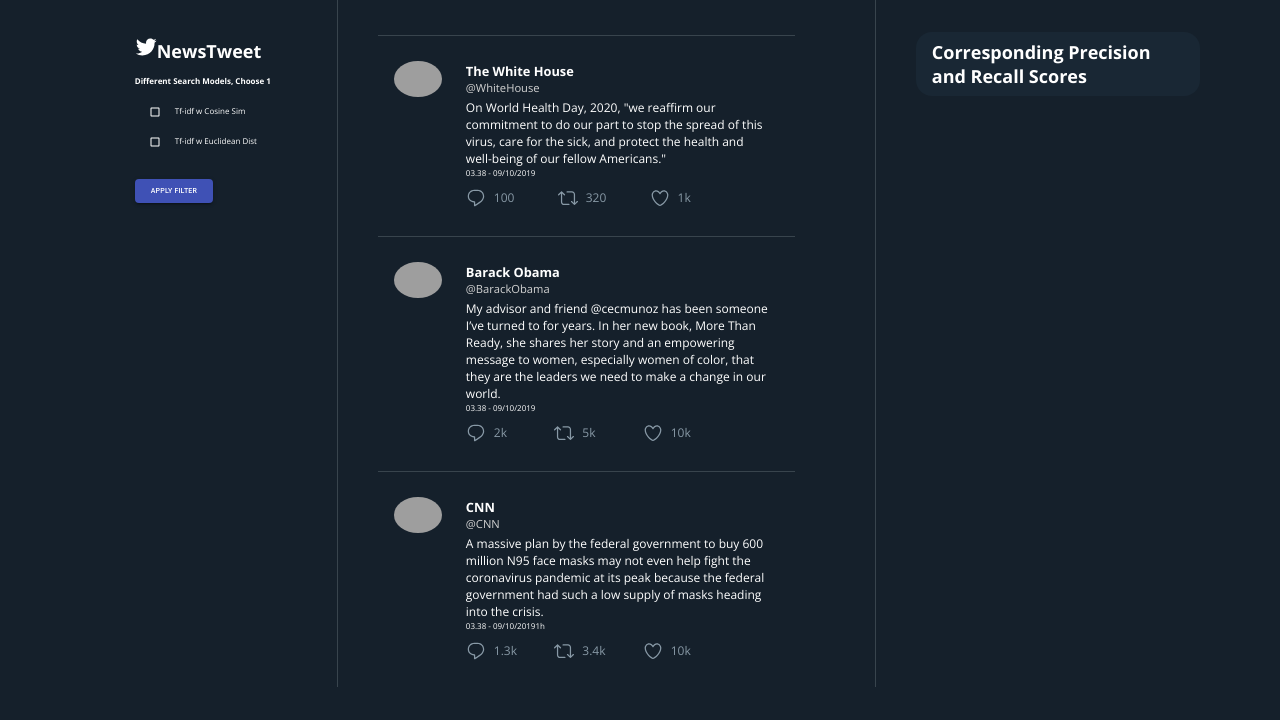
Repository: Dustyik/TwitterAIproj
Page: / (app in FrontEnd/)
The author's editor kept a copy of each file at every save. The page is drawn from the files as they stood at one save, then again after the next save.
The browser window is 1280 px wide. The pictures show the whole page.
Pictures or frames that could not be fetched are drawn as grey boxes. The page's requests for data from a server got no answer. The project was rebuilt for these pictures with package versions that can differ from the ones it lists, and the page was loaded fresh each time. No one was signed in, and anything a server would have sent is missing. Also part of the build but not shown: FrontEnd/src/components/trending/Trend.js, FrontEnd/src/components/trending/TrendsList.js, FrontEnd/src/components/trending/FollowSuggestionCard.js, FrontEnd/src/styles/FollowList.css, FrontEnd/src/components/trending/FollowSuggestionsList.js, FrontEnd/src/components/StatusCard.js, FrontEnd/src/pages/Status.js, FrontEnd/src/components/profile/ProfileHead.js and 3 more.

Above is the page before, as saved 2021-08-03 00:24:00.

After the next save:
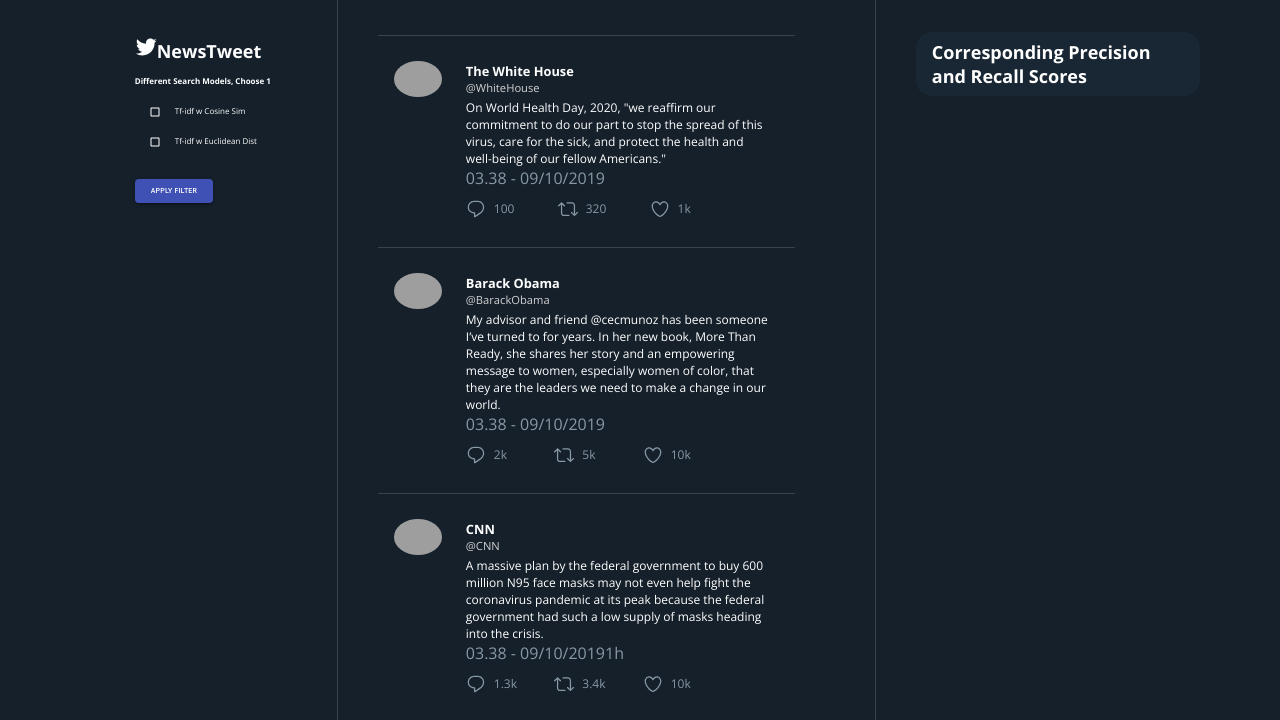
Saved 39 s later.
--- a/FrontEnd/src/styles/TweetCard.css
+++ b/FrontEnd/src/styles/TweetCard.css
@@ -11,6 +11,11 @@
 .left{
     padding: 0 1rem;
     margin-top: 25px;
+}
+
+.tweet-card-time {
+    font-size: 2rem;
+    color    : var(--grey);
 }
 
 .tweet-card, .right {

After the 3 saves that followed:
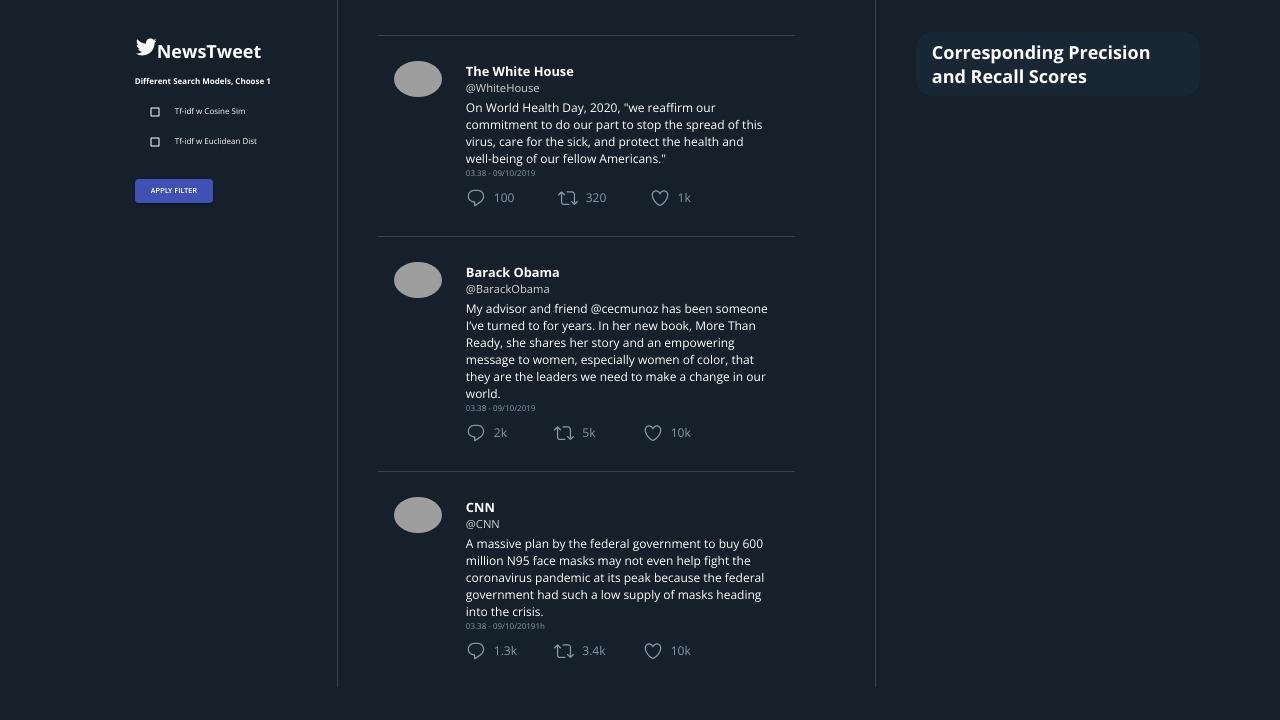
The 3 saves are shown as one change because 2 left the picture as it was.
The last was saved 34 s later.
--- a/FrontEnd/src/styles/TweetCard.css
+++ b/FrontEnd/src/styles/TweetCard.css
@@ -14,7 +14,8 @@
 }
 
 .tweet-card-time {
-    font-size: 2rem;
+    padding-top: 2rem;
+    font-size: 1rem;
     color    : var(--grey);
 }
 
